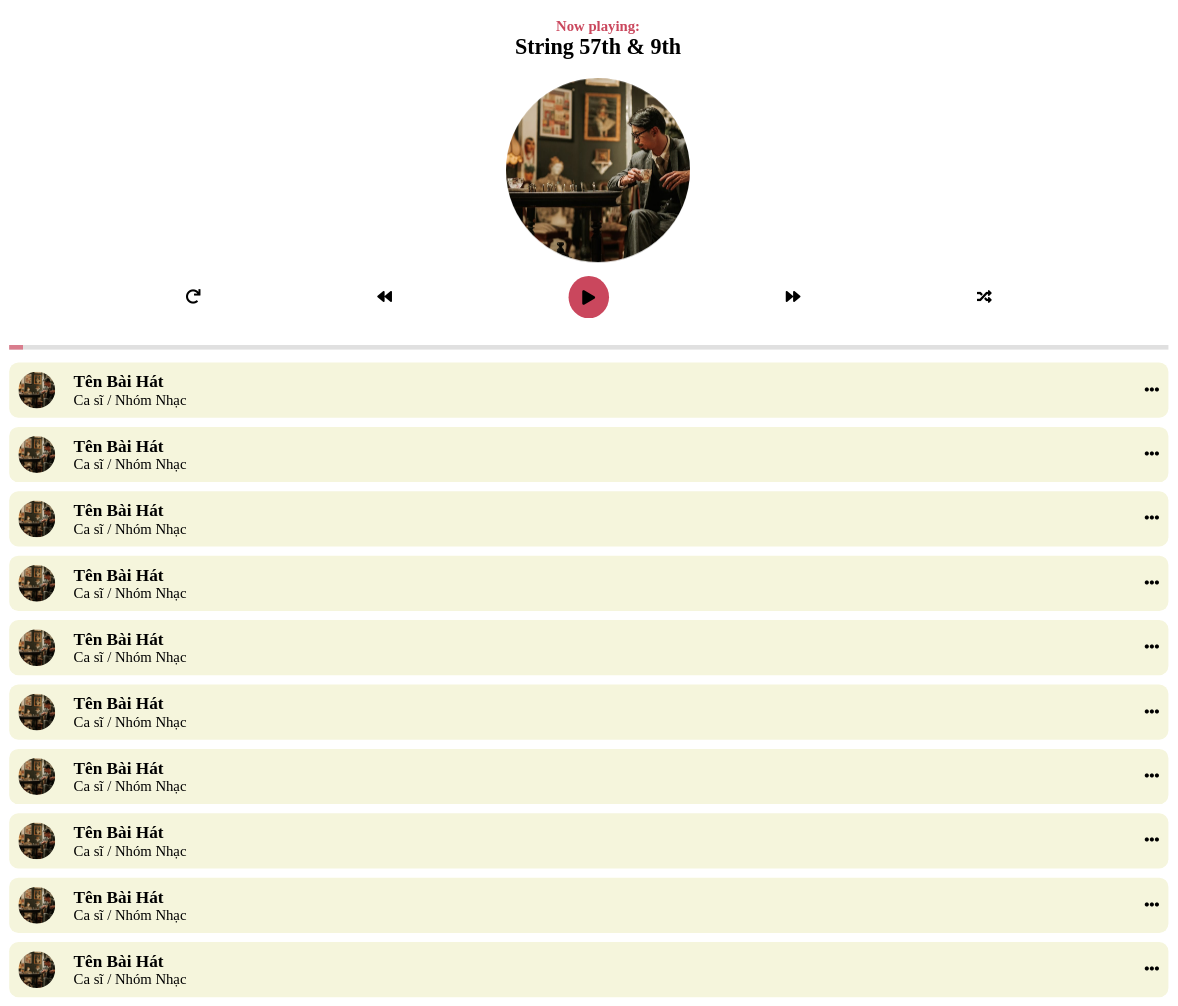
Repository: dovanthao2404/AppMusicPlayer
Page: index.html
The author's editor kept a copy of each file at every save. The page is drawn from the files as they stood at one save, then again after the next save.
The browser window is 1280 px wide. The pictures show the whole page, at 92% of full size.

Above is the page before, as saved 2021-06-28 11:02:47.

### index.html
<!DOCTYPE html>
<html lang="en">

<head>
  <meta charset="UTF-8">
  <meta http-equiv="X-UA-Compatible" content="IE=edge">
  <meta name="viewport" content="width=device-width, initial-scale=1.0">
  <title>Music</title>
  <!-- FONTAWESOME -->
  <link rel="stylesheet" href="https://cdnjs.cloudflare.com/ajax/libs/font-awesome/5.15.3/css/all.min.css"
    integrity="sha512-iBBXm8fW90+nuLcSKlbmrPcLa0OT92xO1BIsZ+ywDWZCvqsWgccV3gFoRBv0z+8dLJgyAHIhR35VZc2oM/gI1w=="
    crossorigin="anonymous" referrerpolicy="no-referrer" />
  <!-- MAIN CSS -->
  <link rel="stylesheet" href="./css/app.css">
</head>

<body>
  <div class="player">
    <div class="dashboards">
      <!-- HEADER -->
      <header>
        <h4>Now playing:</h4>
        <h2>String 57th & 9th</h2>
      </header>

      <!-- CD -->
      <div id="cd" class="cd">
        <div class="thumb">
          <img src="./img/loinho.jpg" alt="">
        </div>
      </div>

      <!-- CONTROL -->
      <div class="controls" class="controls">
        <div class="btn btn-repeat">
          <i class="fa fa-redo"></i>
        </div>
        <div class="btn btn-prev">
          <i class="fa fa-backward"></i>
        </div>
        <div class="btn btn-toggle-play">
          <i class="fa fa-play"></i>
        </div>
        <div class="btn btn-next">
          <i class="fa fa-forward"></i>
        </div>
        <div class="btn btn-random">
          <i class="fa fa-random"></i>
        </div>
      </div>

      <!-- PROGRESS -->
      <input id="progress" class="progress" value="0" step="1" min="0" max="100" type="range">

      <!-- AUDIO -->
      <audio id="audio" src="./music/trontim.mp3"></audio>

      <!-- PLAY LIST -->
      <div class="playlist">
        <div class="song">
          <div class="thumb">
            <img src="./img/loinho.jpg" alt="">
          </div>
          <div class="body">
            <h3 class="title">Tên Bài Hát</h3>
            <p class="author">Ca sĩ / Nhóm Nhạc</p>
          </div>
          <div class="option">
            <i class="fa fa-ellipsis-h"></i>
          </div>
        </div>
        <div class="song">
          <div class="thumb">
            <img src="./img/loinho.jpg" alt="">
          </div>
          <div class="body">
            <h3 class="title">Tên Bài Hát</h3>
            <p class="author">Ca sĩ / Nhóm Nhạc</p>
          </div>
          <div class="option">
            <i class="fa fa-ellipsis-h"></i>
          </div>
        </div>
        <div class="song">
          <div class="thumb">
            <img src="./img/loinho.jpg" alt="">
          </div>
          <div class="body">
            <h3 class="title">Tên Bài Hát</h3>
            <p class="author">Ca sĩ / Nhóm Nhạc</p>
          </div>
          <div class="option">
            <i class="fa fa-ellipsis-h"></i>
          </div>
        </div>
        <div class="song">
          <div class="thumb">
            <img src="./img/loinho.jpg" alt="">
          </div>
          <div class="body">
            <h3 class="title">Tên Bài Hát</h3>
            <p class="author">Ca sĩ / Nhóm Nhạc</p>
          </div>
          <div class="option">
            <i class="fa fa-ellipsis-h"></i>
          </div>
        </div>
        <div class="song">
          <div class="thumb">
            <img src="./img/loinho.jpg" alt="">
          </div>
          <div class="body">
            <h3 class="title">Tên Bài Hát</h3>
            <p class="author">Ca sĩ / Nhóm Nhạc</p>
          </div>
          <div class="option">
            <i class="fa fa-ellipsis-h"></i>
          </div>
        </div>
        <div class="song">
          <div class="thumb">
            <img src="./img/loinho.jpg" alt="">
          </div>
          <div class="body">
            <h3 class="title">Tên Bài Hát</h3>
            <p class="author">Ca sĩ / Nhóm Nhạc</p>
          </div>
          <div class="option">
            <i class="fa fa-ellipsis-h"></i>
          </div>
        </div>
        <div class="song">
          <div class="thumb">
            <img src="./img/loinho.jpg" alt="">
          </div>
          <div class="body">
            <h3 class="title">Tên Bài Hát</h3>
            <p class="author">Ca sĩ / Nhóm Nhạc</p>
          </div>
          <div class="option">
            <i class="fa fa-ellipsis-h"></i>
          </div>
        </div>
        <div class="song">
          <div class="thumb">
            <img src="./img/loinho.jpg" alt="">
          </div>
          <div class="body">
            <h3 class="title">Tên Bài Hát</h3>
            <p class="author">Ca sĩ / Nhóm Nhạc</p>
          </div>
          <div class="option">
            <i class="fa fa-ellipsis-h"></i>
          </div>
        </div>
        <div class="song">
          <div class="thumb">
            <img src="./img/loinho.jpg" alt="">
          </div>
          <div class="body">
            <h3 class="title">Tên Bài Hát</h3>
            <p class="author">Ca sĩ / Nhóm Nhạc</p>
          </div>
          <div class="option">
            <i class="fa fa-ellipsis-h"></i>
          </div>
        </div>
        <div class="song">
          <div class="thumb">
            <img src="./img/loinho.jpg" alt="">
          </div>
          <div class="body">
            <h3 class="title">Tên Bài Hát</h3>
            <p class="author">Ca sĩ / Nhóm Nhạc</p>
          </div>
          <div class="option">
            <i class="fa fa-ellipsis-h"></i>
          </div>
        </div>
      </div>
    </div>
  </div>
  <script src="./js/app.js"></script>
</body>

</html>

### css/app.css
/* GLOBAL */
* {
  padding: 0;
  margin: 0;
  box-sizing: border-box;
}
/* PLAYER */
.dashboards {
  margin: 0 10px;
}
header {
  text-align: center;
  margin: 20px 0;
  position: fixed;
  top: 0;
  width: 100%;
  z-index: 9999;
}
header h4 {
  color: rgb(202, 71, 93);
}
.cd {
  position: fixed;
  top: 85px;
  width: 100%;
  z-index: 9999;
}
.cd .thumb {
  width: 200px;
  height: 200px;
  position: absolute;
  top: 50%;
  left: 50%;
  transform: translate(-50%);
}
.cd .thumb img {
  border-radius: 50%;
  width: 100%;
  height: 100%;
  object-fit: cover;
}
.controls {
  display: flex;
  justify-content: space-evenly;
  align-items: center;
  margin-top: 300px;
  margin-bottom: 20px;
  position: sticky;
  top: 85px;
  z-index: 9999;
}
.btn-toggle-play .fa {
  padding: 15px;
  border-radius: 50%;
  background-color: rgb(202, 71, 93);
}
.controls .fa-pause {
  display: none;
}
.progress {
  -webkit-appearance: none;
  width: 100%;
  height: 5px;
  background: #d3d3d3;
  outline: none;
  opacity: 0.7;
  transition: opacity 0.2s;
}
.progress::-webkit-slider-thumb {
  -webkit-appearance: none;
  appearance: none;
  width: 15px;
  height: 5px;
  background: rgb(202, 71, 93);
  cursor: pointer;
}
.progress::-moz-range-thumb {
  width: 15px;
  height: 5px;
  background: rgb(202, 71, 93);
  cursor: pointer;
}
.song {
  margin: 10px 0;
  background-color: beige;
  display: flex;
  align-items: center;
  padding: 10px;
  border-radius: 10px;
  position: relative;
}
.song .thumb {
  width: 40px;
  height: 40px;
}
.song .thumb img {
  width: 100%;
  height: 100%;
  border-radius: 50%;
  object-fit: cover;
}
.song .body {
  margin-left: 20px;
}
.song .option {
  position: absolute;
  right: 0;
  margin-right: 10px;
}

Loaded but not shown: js/app.js (no stored copy; drawn as an empty file)

After the next save:
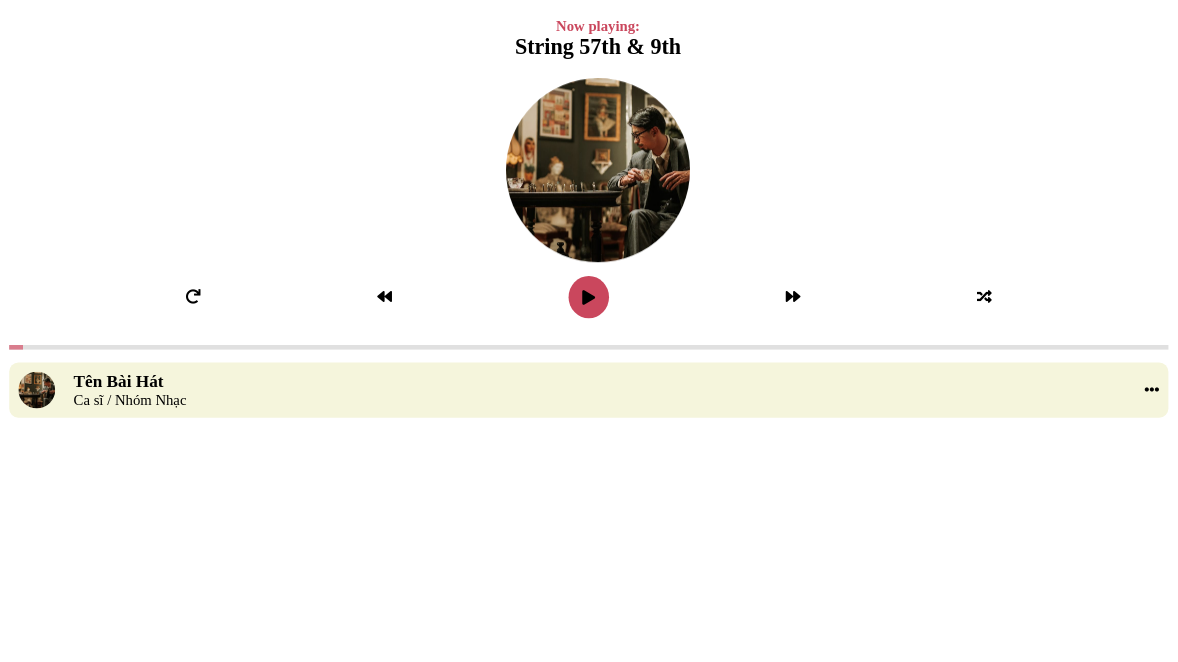
Saved 24 s later.
--- a/index.html
+++ b/index.html
@@ -57,6 +57,14 @@
 
       <!-- PLAY LIST -->
       <div class="playlist">
+
+
+
+
+
+
+
+
         <div class="song">
           <div class="thumb">
             <img src="./img/loinho.jpg" alt="">
@@ -69,114 +77,7 @@
             <i class="fa fa-ellipsis-h"></i>
           </div>
         </div>
-        <div class="song">
-          <div class="thumb">
-            <img src="./img/loinho.jpg" alt="">
-          </div>
-          <div class="body">
-            <h3 class="title">Tên Bài Hát</h3>
-            <p class="author">Ca sĩ / Nhóm Nhạc</p>
-          </div>
-          <div class="option">
-            <i class="fa fa-ellipsis-h"></i>
-          </div>
-        </div>
-        <div class="song">
-          <div class="thumb">
-            <img src="./img/loinho.jpg" alt="">
-          </div>
-          <div class="body">
-            <h3 class="title">Tên Bài Hát</h3>
-            <p class="author">Ca sĩ / Nhóm Nhạc</p>
-          </div>
-          <div class="option">
-            <i class="fa fa-ellipsis-h"></i>
-          </div>
-        </div>
-        <div class="song">
-          <div class="thumb">
-            <img src="./img/loinho.jpg" alt="">
-          </div>
-          <div class="body">
-            <h3 class="title">Tên Bài Hát</h3>
-            <p class="author">Ca sĩ / Nhóm Nhạc</p>
-          </div>
-          <div class="option">
-            <i class="fa fa-ellipsis-h"></i>
-          </div>
-        </div>
-        <div class="song">
-          <div class="thumb">
-            <img src="./img/loinho.jpg" alt="">
-          </div>
-          <div class="body">
-            <h3 class="title">Tên Bài Hát</h3>
-            <p class="author">Ca sĩ / Nhóm Nhạc</p>
-          </div>
-          <div class="option">
-            <i class="fa fa-ellipsis-h"></i>
-          </div>
-        </div>
-        <div class="song">
-          <div class="thumb">
-            <img src="./img/loinho.jpg" alt="">
-          </div>
-          <div class="body">
-            <h3 class="title">Tên Bài Hát</h3>
-            <p class="author">Ca sĩ / Nhóm Nhạc</p>
-          </div>
-          <div class="option">
-            <i class="fa fa-ellipsis-h"></i>
-          </div>
-        </div>
-        <div class="song">
-          <div class="thumb">
-            <img src="./img/loinho.jpg" alt="">
-          </div>
-          <div class="body">
-            <h3 class="title">Tên Bài Hát</h3>
-            <p class="author">Ca sĩ / Nhóm Nhạc</p>
-          </div>
-          <div class="option">
-            <i class="fa fa-ellipsis-h"></i>
-          </div>
-        </div>
-        <div class="song">
-          <div class="thumb">
-            <img src="./img/loinho.jpg" alt="">
-          </div>
-          <div class="body">
-            <h3 class="title">Tên Bài Hát</h3>
-            <p class="author">Ca sĩ / Nhóm Nhạc</p>
-          </div>
-          <div class="option">
-            <i class="fa fa-ellipsis-h"></i>
-          </div>
-        </div>
-        <div class="song">
-          <div class="thumb">
-            <img src="./img/loinho.jpg" alt="">
-          </div>
-          <div class="body">
-            <h3 class="title">Tên Bài Hát</h3>
-            <p class="author">Ca sĩ / Nhóm Nhạc</p>
-          </div>
-          <div class="option">
-            <i class="fa fa-ellipsis-h"></i>
-          </div>
-        </div>
-        <div class="song">
-          <div class="thumb">
-            <img src="./img/loinho.jpg" alt="">
-          </div>
-          <div class="body">
-            <h3 class="title">Tên Bài Hát</h3>
-            <p class="author">Ca sĩ / Nhóm Nhạc</p>
-          </div>
-          <div class="option">
-            <i class="fa fa-ellipsis-h"></i>
-          </div>
-        </div>
+
       </div>
     </div>
   </div>

After the 2 saves that followed:
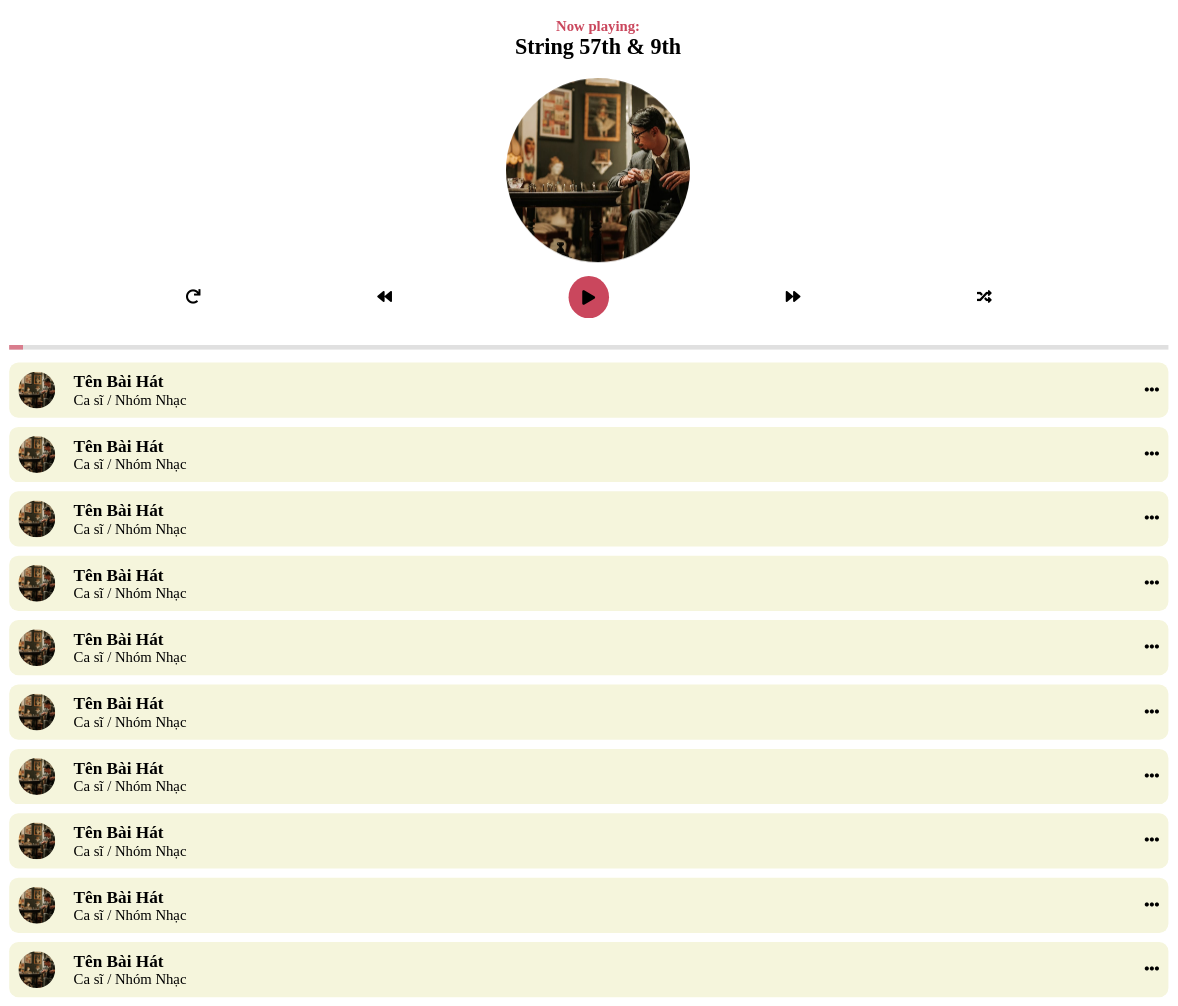
The 2 saves are shown as one change because 1 left the picture as it was.
The last was saved 4 min 6 s later.
--- a/index.html
+++ b/index.html
@@ -57,14 +57,6 @@
 
       <!-- PLAY LIST -->
       <div class="playlist">
-
-
-
-
-
-
-
-
         <div class="song">
           <div class="thumb">
             <img src="./img/loinho.jpg" alt="">
@@ -77,7 +69,114 @@
             <i class="fa fa-ellipsis-h"></i>
           </div>
         </div>
-
+        <div class="song">
+          <div class="thumb">
+            <img src="./img/loinho.jpg" alt="">
+          </div>
+          <div class="body">
+            <h3 class="title">Tên Bài Hát</h3>
+            <p class="author">Ca sĩ / Nhóm Nhạc</p>
+          </div>
+          <div class="option">
+            <i class="fa fa-ellipsis-h"></i>
+          </div>
+        </div>
+        <div class="song">
+          <div class="thumb">
+            <img src="./img/loinho.jpg" alt="">
+          </div>
+          <div class="body">
+            <h3 class="title">Tên Bài Hát</h3>
+            <p class="author">Ca sĩ / Nhóm Nhạc</p>
+          </div>
+          <div class="option">
+            <i class="fa fa-ellipsis-h"></i>
+          </div>
+        </div>
+        <div class="song">
+          <div class="thumb">
+            <img src="./img/loinho.jpg" alt="">
+          </div>
+          <div class="body">
+            <h3 class="title">Tên Bài Hát</h3>
+            <p class="author">Ca sĩ / Nhóm Nhạc</p>
+          </div>
+          <div class="option">
+            <i class="fa fa-ellipsis-h"></i>
+          </div>
+        </div>
+        <div class="song">
+          <div class="thumb">
+            <img src="./img/loinho.jpg" alt="">
+          </div>
+          <div class="body">
+            <h3 class="title">Tên Bài Hát</h3>
+            <p class="author">Ca sĩ / Nhóm Nhạc</p>
+          </div>
+          <div class="option">
+            <i class="fa fa-ellipsis-h"></i>
+          </div>
+        </div>
+        <div class="song">
+          <div class="thumb">
+            <img src="./img/loinho.jpg" alt="">
+          </div>
+          <div class="body">
+            <h3 class="title">Tên Bài Hát</h3>
+            <p class="author">Ca sĩ / Nhóm Nhạc</p>
+          </div>
+          <div class="option">
+            <i class="fa fa-ellipsis-h"></i>
+          </div>
+        </div>
+        <div class="song">
+          <div class="thumb">
+            <img src="./img/loinho.jpg" alt="">
+          </div>
+          <div class="body">
+            <h3 class="title">Tên Bài Hát</h3>
+            <p class="author">Ca sĩ / Nhóm Nhạc</p>
+          </div>
+          <div class="option">
+            <i class="fa fa-ellipsis-h"></i>
+          </div>
+        </div>
+        <div class="song">
+          <div class="thumb">
+            <img src="./img/loinho.jpg" alt="">
+          </div>
+          <div class="body">
+            <h3 class="title">Tên Bài Hát</h3>
+            <p class="author">Ca sĩ / Nhóm Nhạc</p>
+          </div>
+          <div class="option">
+            <i class="fa fa-ellipsis-h"></i>
+          </div>
+        </div>
+        <div class="song">
+          <div class="thumb">
+            <img src="./img/loinho.jpg" alt="">
+          </div>
+          <div class="body">
+            <h3 class="title">Tên Bài Hát</h3>
+            <p class="author">Ca sĩ / Nhóm Nhạc</p>
+          </div>
+          <div class="option">
+            <i class="fa fa-ellipsis-h"></i>
+          </div>
+        </div>
+        <div class="song">
+          <div class="thumb">
+            <img src="./img/loinho.jpg" alt="">
+          </div>
+          <div class="body">
+            <h3 class="title">Tên Bài Hát</h3>
+            <p class="author">Ca sĩ / Nhóm Nhạc</p>
+          </div>
+          <div class="option">
+            <i class="fa fa-ellipsis-h"></i>
+          </div>
+        </div>
       </div>
     </div>
   </div>
